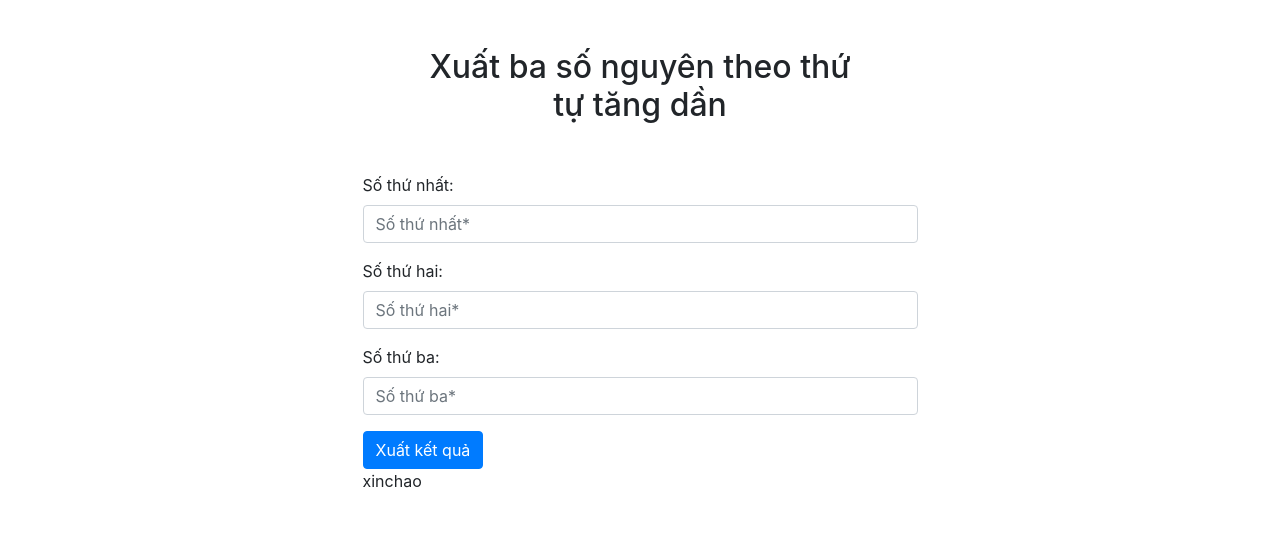
Repository: dovanthao2404/BC14_BaiTap_JS_Buoi_4_dovanthao
Page: html/bai1.html
These files come from the project's save history. The page is drawn as it stood at one moment and after the next save; the edit follows.
The browser window is 1280 px wide. The pictures show the whole page.

Above is the page before, as saved 2021-07-02 00:32:00.

After the next save:
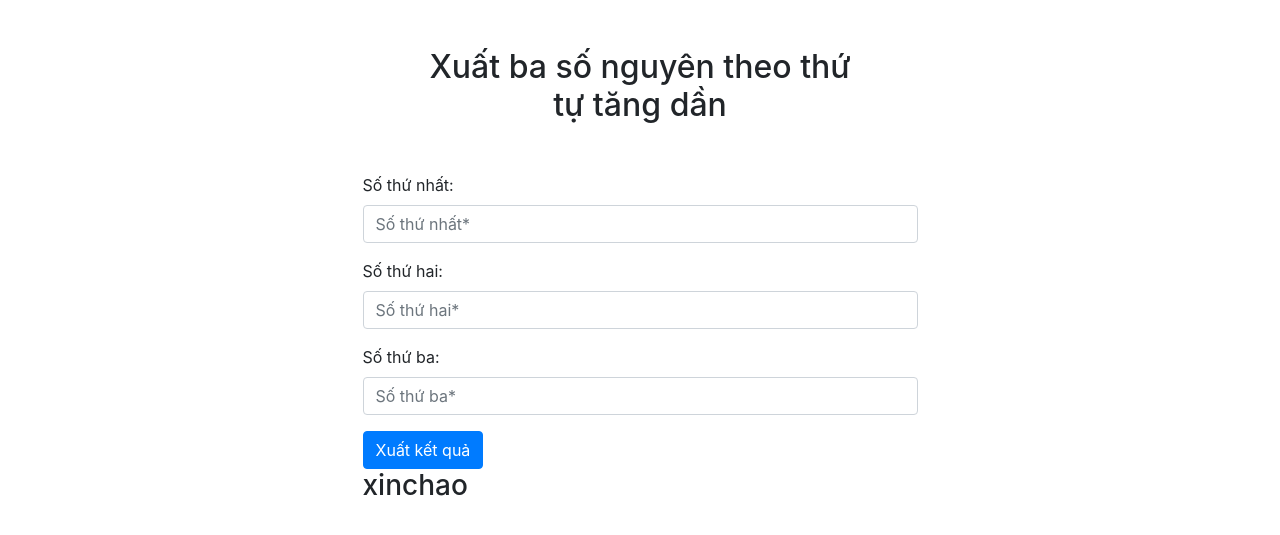
Saved 6 s later.
--- a/html/bai1.html
+++ b/html/bai1.html
@@ -29,9 +29,9 @@
         <input type="text" name="" id="number-3" class="form-control" placeholder="Số thứ ba*">
       </div>
       <button type="button" class="btn btn-primary">Xuất kết quả</button>
-      <p id="thongBaoKetqua">
+      <h3 id="thongBaoKetqua">
         xinchao
-      </p>
+      </h3>
     </form>
 
   </div>
